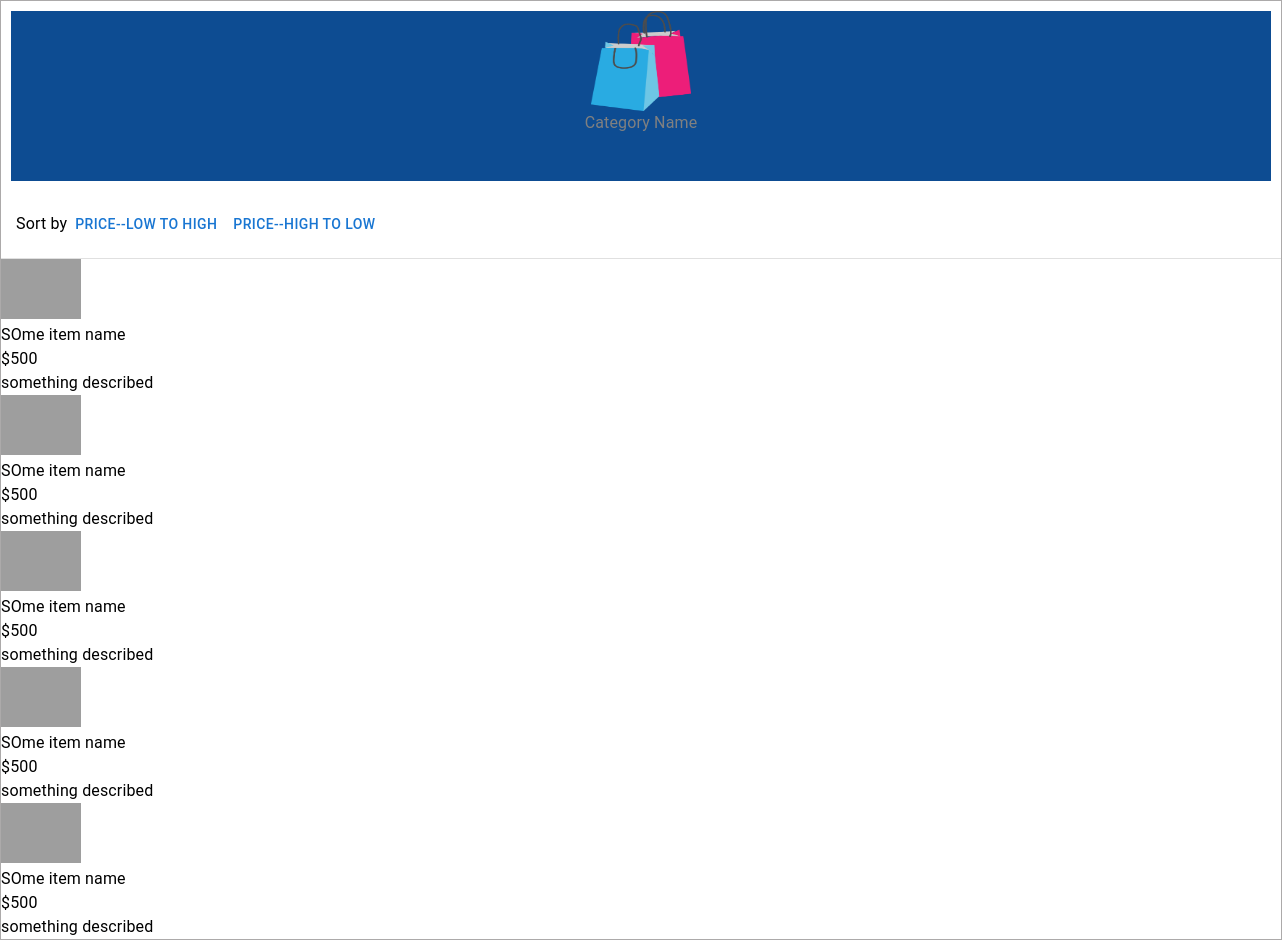
Repository: robin-fareye/reactjs-frontend-flipzone
Page: /
These files come from the project's save history. The page is drawn as it stood at one moment and after the next save; the edit follows.
The browser window is 1280 px wide. The page is 1282 px wide, so the pictures cover 1282 px, including what lies to the right of the window. The pictures show the whole page.
Pictures or frames that could not be fetched are drawn as grey boxes. The project was rebuilt for these pictures with package versions that can differ from the ones it lists, and the page was loaded fresh each time. Also part of the build but not shown: src/App.css, src/component/auth/Login.css, src/api/Login.js, src/component/auth/Login.js, src/component/category/Category.js, src/component/header/Header.css, src/component/header/Header.js, src/component/helper/Slide.css and 7 more.

Above is the page before, as saved 2022-11-14 19:33:11.

### src/App.js
import React from 'react';
import './App.css';
import Login from './component/auth/Login';
import Category from './component/category/Category';
import Header from './component/header/Header';
import Home from './component/home/Home';
import Cart from './component/Cart/Cart';
import ProductCatalouge from './component/ProductCatalogue/ProductCatalouge';
import ProductDetails from './component/ProductDetails/ProductDetails';
import CheckoutPage from './component/Checkout/CheckoutPage';
import RetailerAddProduct from './component/retailer/RetailerAddProduct';
function App() {
  return (
    <div>

      <ProductCatalouge/>

    </div>
  );
}

export default App;

### src/component/ProductCatalogue/ProductCatalouge.js
import { Box, Typography, Grid, Button, Divider } from '@mui/material'
import React, { useState, useEffect } from 'react'
import './ProductCatalouge.css'

const ProductCatalouge = () => {

    const [sort, setSort] = useState("asc");

    const getCardItem=(item)=>{
        return (
        <Box className='card-container'>
            <img
            style={{height:"60px"}}
            className='image-item-catalouge'
            src='https://rukminim1.flixcart.com/image/416/416/kcgk1ow0/headphone/n/u/a/235v2-fast-charging-boat-original-imaftk6us4af7bca.jpeg?q=70'
            alt='image'
            />
            <Typography>{item.name}</Typography>
            <Typography>{item.price}</Typography>
            <Typography>{item.description}</Typography>
        </Box>
        )
    }
    const catagories=["cat1","cat2","cat3","cat4"]
    const items=[
        {
            name:"SOme item name",
            price:"$500",
            description:"something described"
        },
        {
            name:"SOme item name",
            price:"$500",
            description:"something described"
        },
        {
            name:"SOme item name",
            price:"$500",
            description:"something described"
        },
        {
            name:"SOme item name",
            price:"$500",
            description:"something described"
        },
        {
            name:"SOme item name",
            price:"$500",
            description:"something described"
        },
    ]

    return (
        <Box className='catagory-container'>
            <Box className='container-header'>
                <img
                    src={require('../../assets/logo.png')}
                    alt="category"
                    className="cat-image"
                    />
                <Typography className="cat-name">Category Name</Typography>
            </Box>
            <Box className='container-body'>
                <Grid item lg={10}>
                    <Box className='sort'>
                        <Typography>Sort by</Typography>
                        {/* <Button onClick={() => setSort("popular")}>Popularity</Button> */}
                        <Button onClick={() => setSort("asc")}>Price--low to high</Button>
                        <Button onClick={() => setSort("desc")}>Price--high to low</Button>
                    </Box>
                    <Divider />
                    <Box className="inner-body">
                        {
                            items.sort((a, b) => sort === "asc" ? a.price - b.price : b.price - a.price)
                            .map((items) => {
                                return (
                                    getCardItem(items)
                                )
                            })
                        }
                    </Box>
                </Grid>
            </Box>
        </Box>
    )
}

export default ProductCatalouge

 {/* {
            items?.map((item)=>{
                return getCardItem(item)
            })
        } */}

### src/component/category/Category.css
.cat-component {
    /* background-color: #CFF5E7; */
    justify-content: 'space-between';
    margin: '55px 130px 0 130px';
    overflow-x: 'overlay';
    display: flex;
    flex-direction: row;
    padding:0, 50px;
    /* [theme.breakpoints.down('md')]: {
        margin: 0;
    } */
}

.cat-container {
    flex: 1;
    padding: '12px 8px';
    text-align: 'center';
    align-items: center;
    display: flex;
    flex-direction: column;
}

.cat-image {
    width: 100px;
    height: 100px;
}

.cat-text {
    font-size: 14;
    font-weight: 600;
    font-family: 'inherit';
    text-align: center;
}

### src/component/Cart/Cart.css
body{
    padding: 10px 70px;
}
.main-container{
    display: flex;
    height: 100vh;
}
.item-list{
    width: 65%;
}
.order-details{
    width: 35%;
}
.order-list-header{
    height: 60px;
    border: 1px solid rgb(172, 171, 171);

}
.item-count{
    font-weight: 800 !important;
    font-size: 22px !important;
    margin: 12px !important;
}
.card-list-container{
    margin-top: 10px;
    display: flex;
    height: 200px;
    border: 1px solid rgb(172, 171, 171);
    /* border-top: 0px; */
}
.image-and-count{
    width: 25%;
    display: flex;
    justify-content: center;
}
.description{
    padding: 10px;
    width: 75%;
}
.action-button-container{
    display: flex;
    align-items: center;
}
.counter{
    display: flex;
    height: 30px;
    width: 90px;
    border: 1px solid rgb(161, 159, 159);
    border-radius: 5px;
}
.add-box{
    width: 30px;
    display: flex;
    justify-content: center;
    align-items: center;
}
.remove-box{
    width: 30px;
    display: flex;
    justify-content: center;
    align-items: center;
}
.count-box{
    width: 30px;
    border-right:1px solid rgb(161, 159, 159);
    border-left:1px solid rgb(161, 159, 159);
    display: flex;
    justify-content: center;
    align-items: center;
}
.summery-card{
    border: 1px solid rgb(172, 171, 171);
    margin-left: 20px;

}
.summery-header{
    border-bottom: 1px solid rgb(172, 171, 171);
    height: 60px;
    display: flex;
    padding-left: 10px;
    align-items: center;
}
.summery-content{
    padding:12px;
}
.table-structure{
    margin-bottom: 20px;
    display: flex;
    justify-content: space-between;
}

### src/component/ProductCatalogue/ProductCatalouge.css
.main-catalouge-container {
    padding: 10px;
}
/*
.card-container {
    height: 12%;
    width: 10%;
    border: 1px solid black;
}

.image-item-catalouge {
    height: 200px;
    width: 50%;
} */

.catagory-container{
    border: 1px solid rgb(172, 170, 170);
    /* height: 170px; */
    width: 100%;
}
.container-header{
    background-color: #0D4C92;
    display: flex;
    height: 170px;
    flex-direction: column;
    align-items: center;
}
.cat-image{
    height: 100px;
}
.cat-name{
    font-size: 40px;
    color: gray;
}
.sort{
    display: flex;
    padding: 15px;
    align-items: center;
}

### src/component/Checkout/CheckoutPage.css
body {
    padding: 0px;
    margin: 0px;
}

.checkout-container {
    display: flex;

}

.address-container {
    width: 50%;
    height: 60px;
    padding: 20px;
}

.payment-details {
    padding: 20px;
    width: 50%;
}

.address-table {
    border: 1px solid rgba(139, 138, 138, 0.664);
    padding: 20px;
    display: flex;
    flex-direction: column;
}

.checkout-fields {
    margin: 10px !important;
}

.payment-table {
    border: 1px solid rgba(139, 138, 138, 0.664);
    padding: 20px;
    display: flex;
    flex-direction: column;
    justify-content: center;
}

.order-button {

    width: 30%;
    margin-top: 20px !important;
    margin-left: 11px !important;
}

### src/component/retailer/RetailerAddProduct.css
.main-container{
    display: flex;
    flex-direction: column;
    align-items: center;
    justify-content: center;
}
.container-header{
    margin-bottom: 20px !important;
    margin: 10px !important;
}
.text-field{
    margin: 10px !important;
}
.add-button{
    margin-top: 10px !important;
    background-color: #0D4C92;
    color: aliceblue;
    font-weight: 600;
    margin: 10px !important;
}

Loaded but not shown: public/index.html (common file); src/index.js (common file); src/index.css (common file); src/reportWebVitals.js (common file)

After the next save:
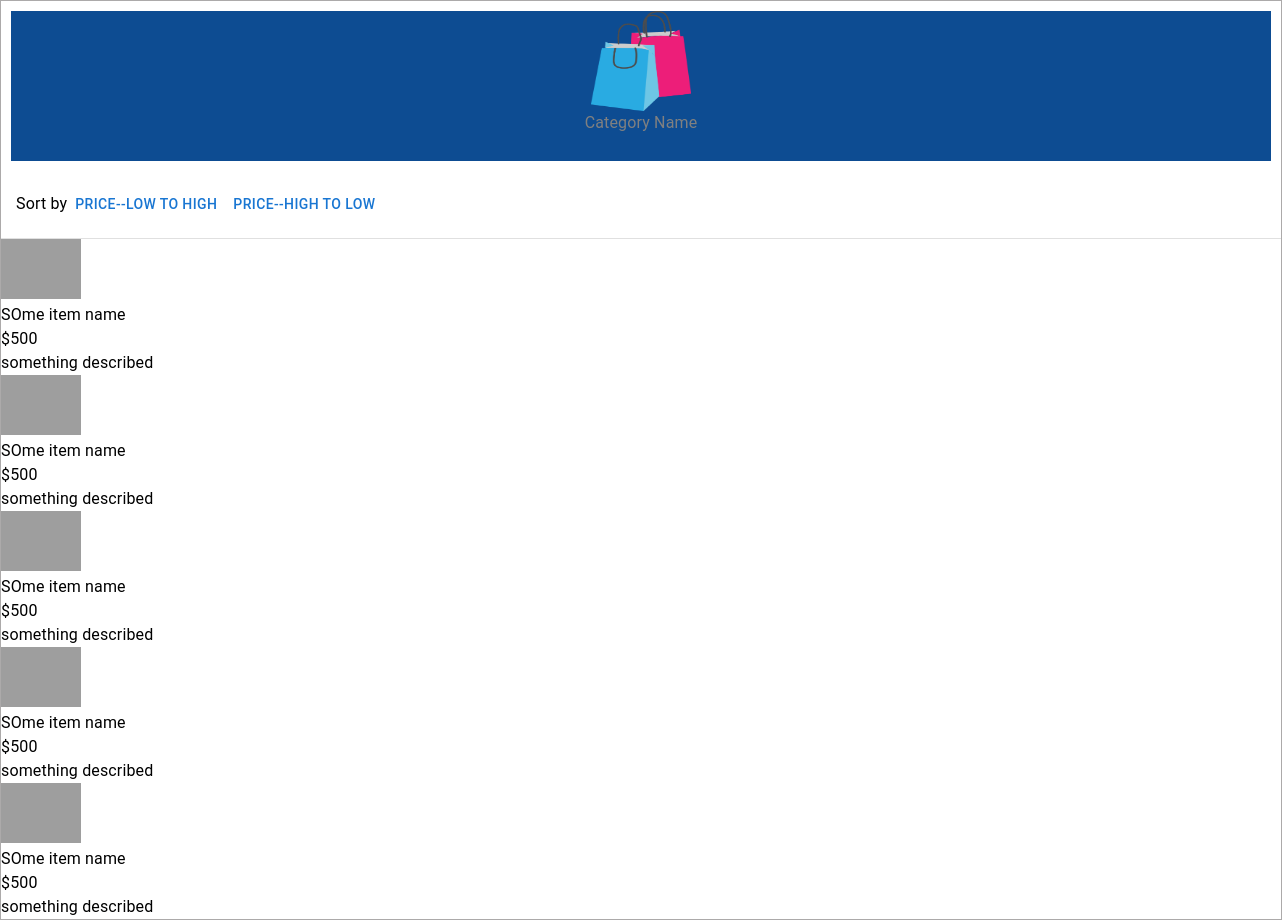
Saved 20 s later.
--- a/src/component/ProductCatalogue/ProductCatalouge.css
+++ b/src/component/ProductCatalogue/ProductCatalouge.css
@@ -21,7 +21,7 @@
 .container-header{
     background-color: #0D4C92;
     display: flex;
-    height: 170px;
+    height: 150px;
     flex-direction: column;
     align-items: center;
 }
@@ -36,4 +36,5 @@
     display: flex;
     padding: 15px;
     align-items: center;
+
 }
